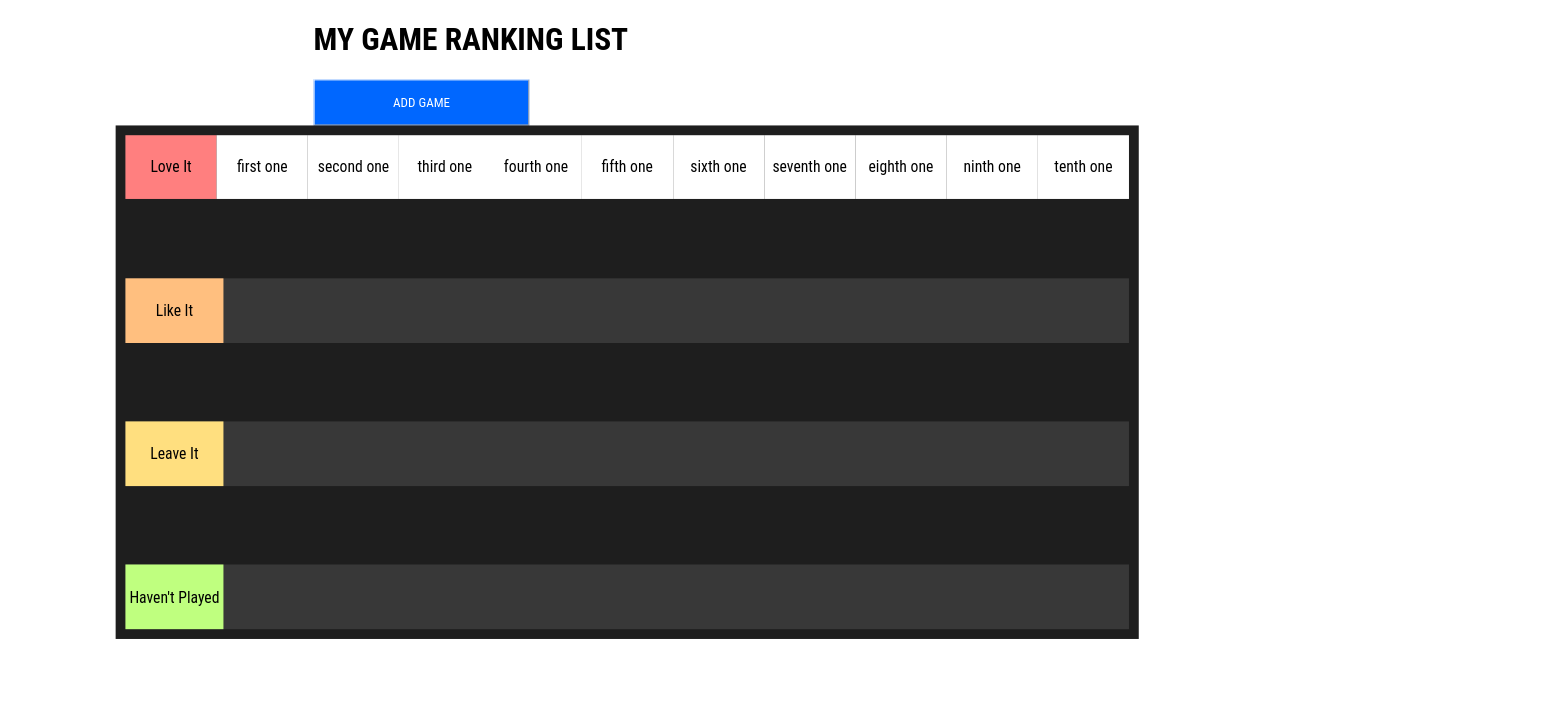
Repository: akiachenise/akiachenise.github.io
Page: JackboxGames_TierList_vanilla/index.html
The author's editor kept a copy of each file at every save. The page is drawn from the files as they stood at one save, then again after the next save.
The browser window is 1280 px wide. The page is 1600 px wide, so the pictures cover 1600 px, including what lies to the right of the window. The pictures show the whole page, at 98% of full size.

Above is the page before, as saved 2022-11-26 17:41:21.

After the next save:
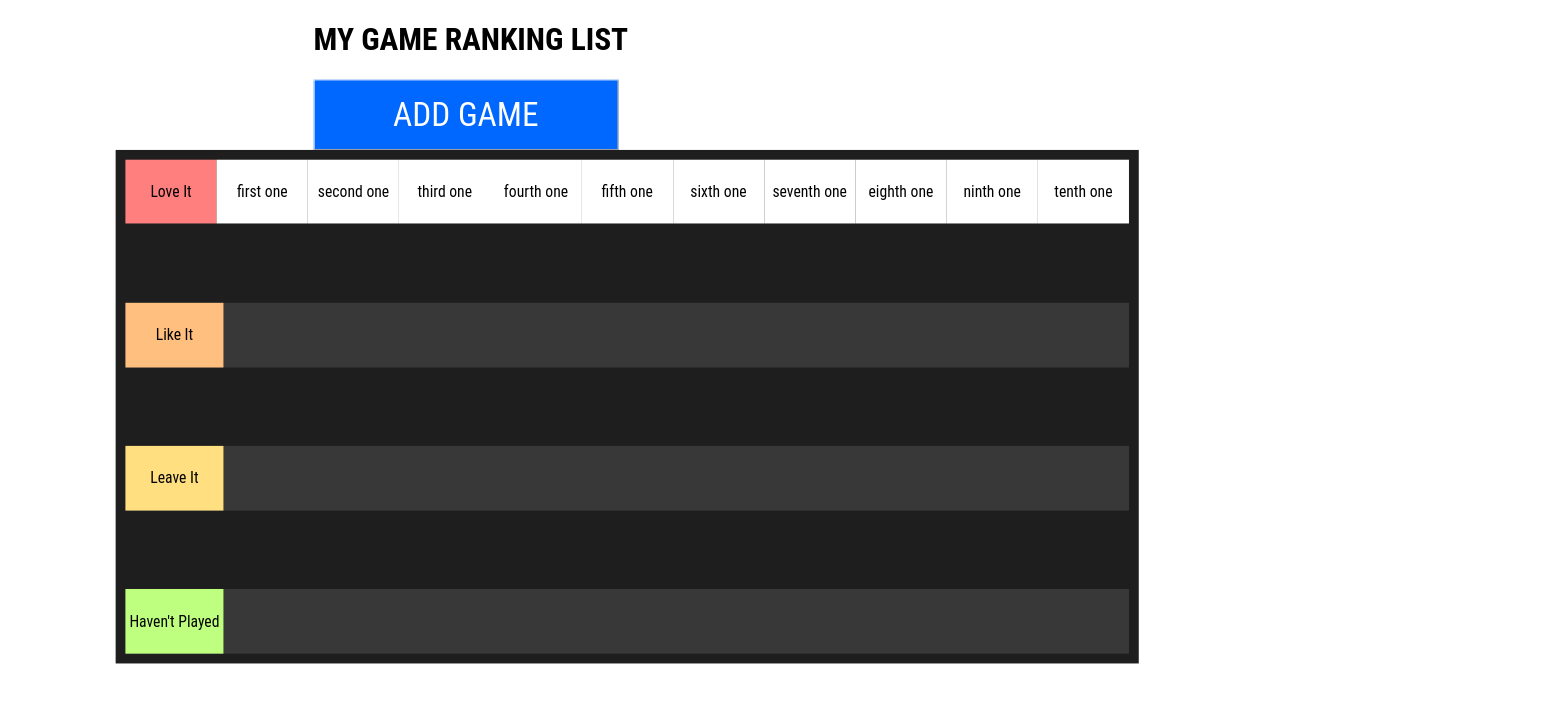
Saved 12 s later.
--- a/JackboxGames_TierList_vanilla/css/stylesheet.css
+++ b/JackboxGames_TierList_vanilla/css/stylesheet.css
@@ -20,7 +20,7 @@ h1 {
 }
 button {
     font-family: 'Roboto Condensed', Sans-serif;
-    font-size: 34x;
+    font-size: 34px;
     text-transform: uppercase;
     border-width: 1px 1px 1px 1px;
     border-radius: 0px 0px 0px 0px;
